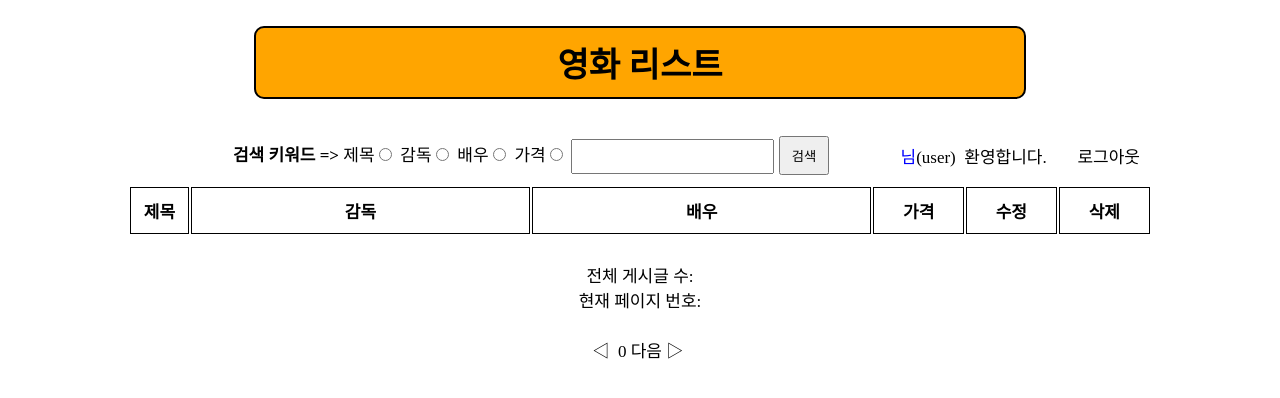
Repository: EverythingOfC/movie
Page: http://localhost/movie/movie/list.jsp
An editor plug-in stored every save of this project. The page is shown before and after the next save, followed by the edit.
The browser window is 1280 px wide. The pictures show the whole page.
The page is served by Tomcat 9. Nobody is signed in. The application's start-up code is not run. The template is opened directly, without the code that normally fills it, so the values that code supplies are empty.

Above is the page before, as saved 2023-01-03 10:05:14.

After the next save:
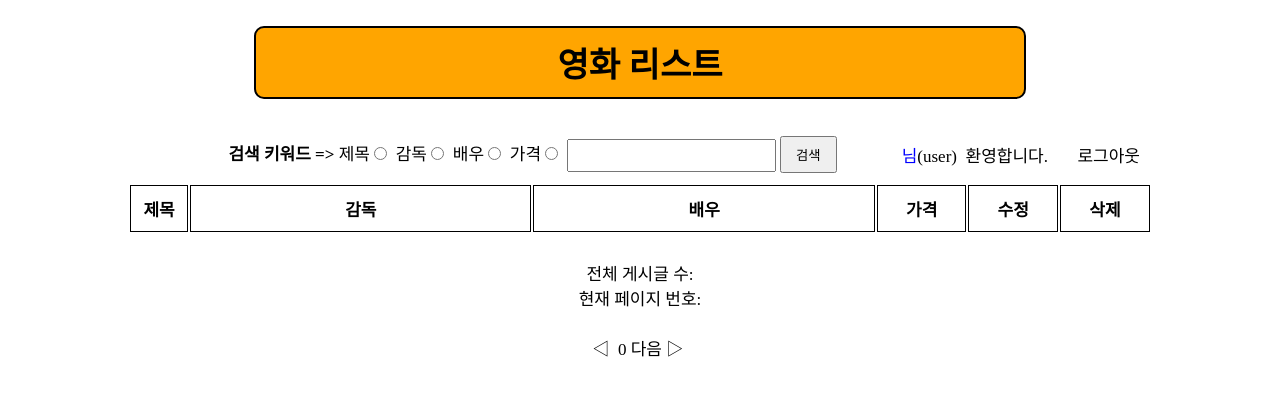
Saved 17 s later.
--- a/movie/src/main/webapp/movie/list.jsp
+++ b/movie/src/main/webapp/movie/list.jsp
@@ -35,8 +35,8 @@
 				<label for="price">가격</label>
 				<input type="radio" name="column" value="price" id ="price">&nbsp;
 
-				<input type="text" name="search" style="padding:8px 11px;">
-				<input type="submit" value="검색" style="padding:8px 11px;">
+				<input type="text" name="search" style="padding:7px 14px;">
+				<input type="submit" value="검색" style="padding:7px 14px;">
 
 				</form>
 				</td>
